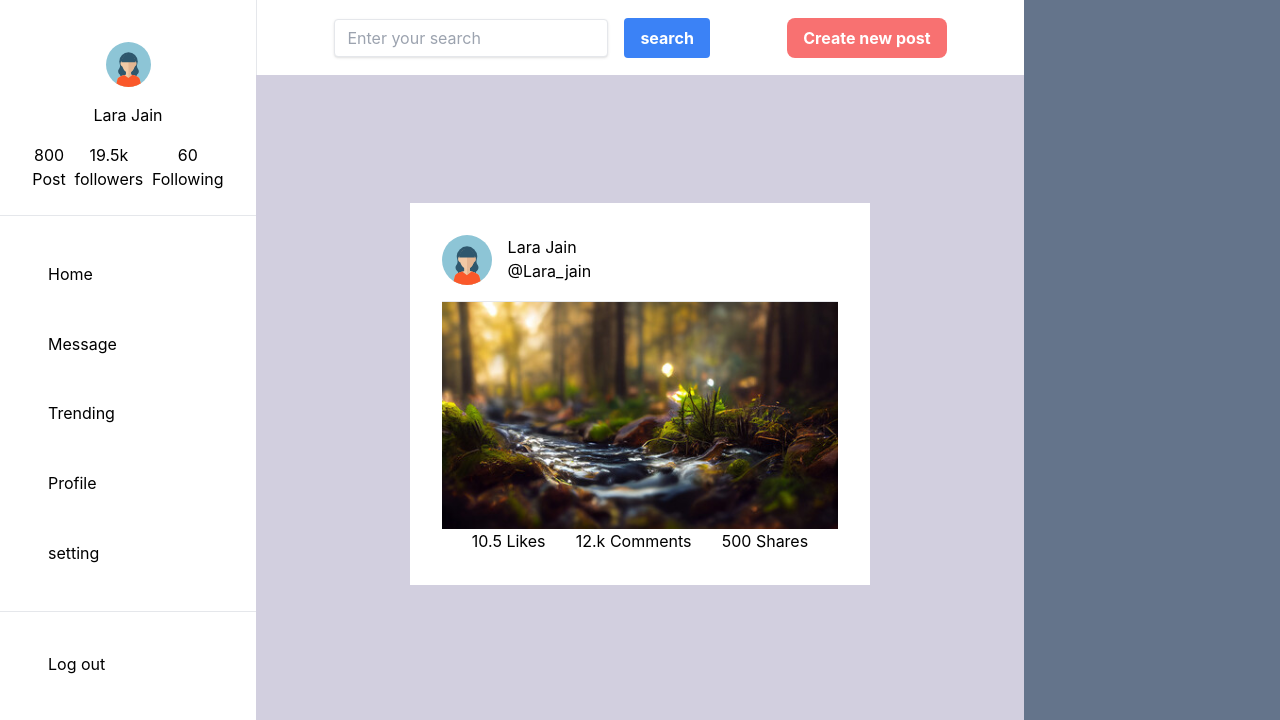
Repository: cosmicswati/upgrad-captions-project
Page: /
These files come from the project's save history. The page is drawn as it stood at one moment and after the next save; the edit follows.
The browser window is 1280 px wide. The pictures show the whole page.
The project was rebuilt for these pictures with package versions that can differ from the ones it lists, and the page was loaded fresh each time. Also part of the build but not shown: src/modules/Authorization/Form.jsx, src/modules/Authorization/index.js.

Above is the page before, as saved 2024-04-09 15:46:40.

After the next save:
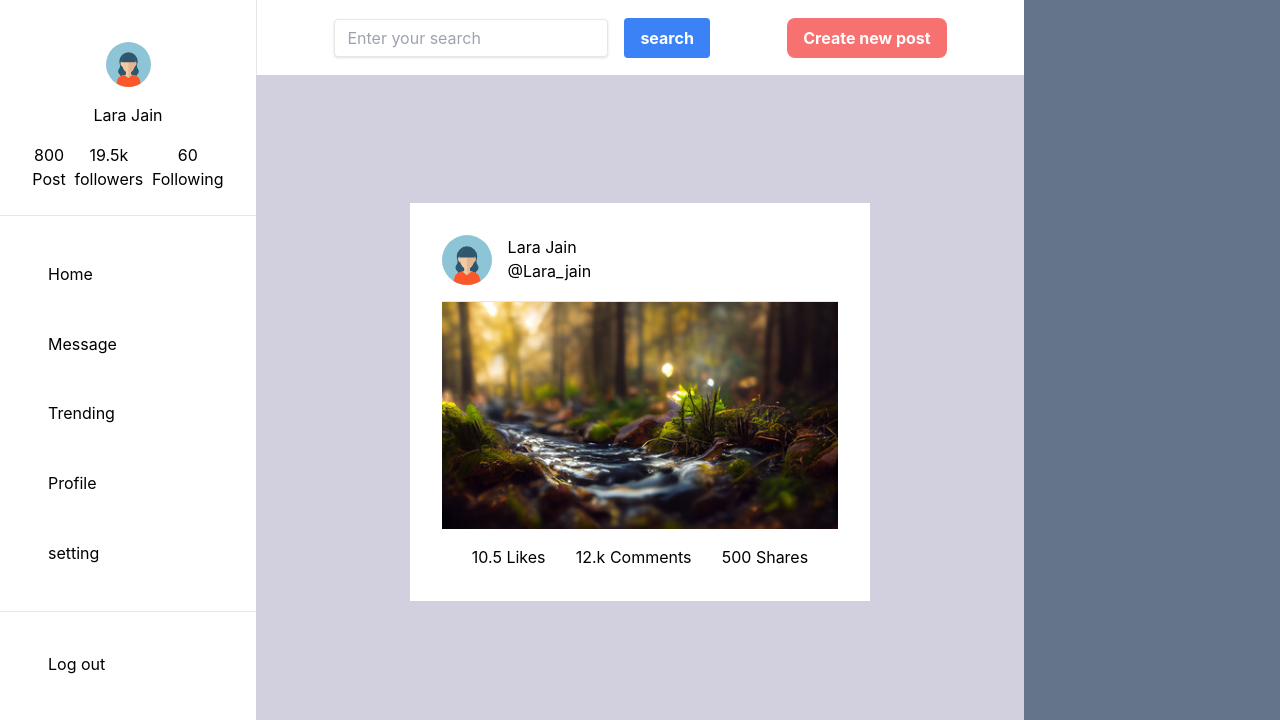
Saved 15 s later.
--- a/src/modules/Home/index.js
+++ b/src/modules/Home/index.js
@@ -58,7 +58,7 @@ const Home = () => {
                 <div>
                     <img src={postImg} width={'500px'}/>
                 </div>
-                <div className='flex justify-evenly'>
+                <div className='flex justify-evenly mt-4'>
                     <div>10.5 Likes</div>
                     <div>12.k Comments</div>
                     <div>500 Shares</div>
